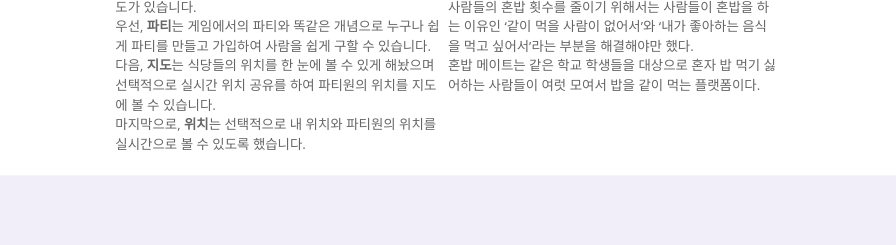
Repository: SeungYn/capstonIntroPage
Page: index.html
These files come from the project's save history. The page is drawn as it stood at one moment and after the next save; the edit follows.
The browser window is 1280 px wide. The pictures show the part of the page from y = 999 to 2919 px (the page is 1349 px tall before and 3006 px after), at 70% of full size.

Above is the page before, as saved 2022-11-10 03:38:49.

After the next save:
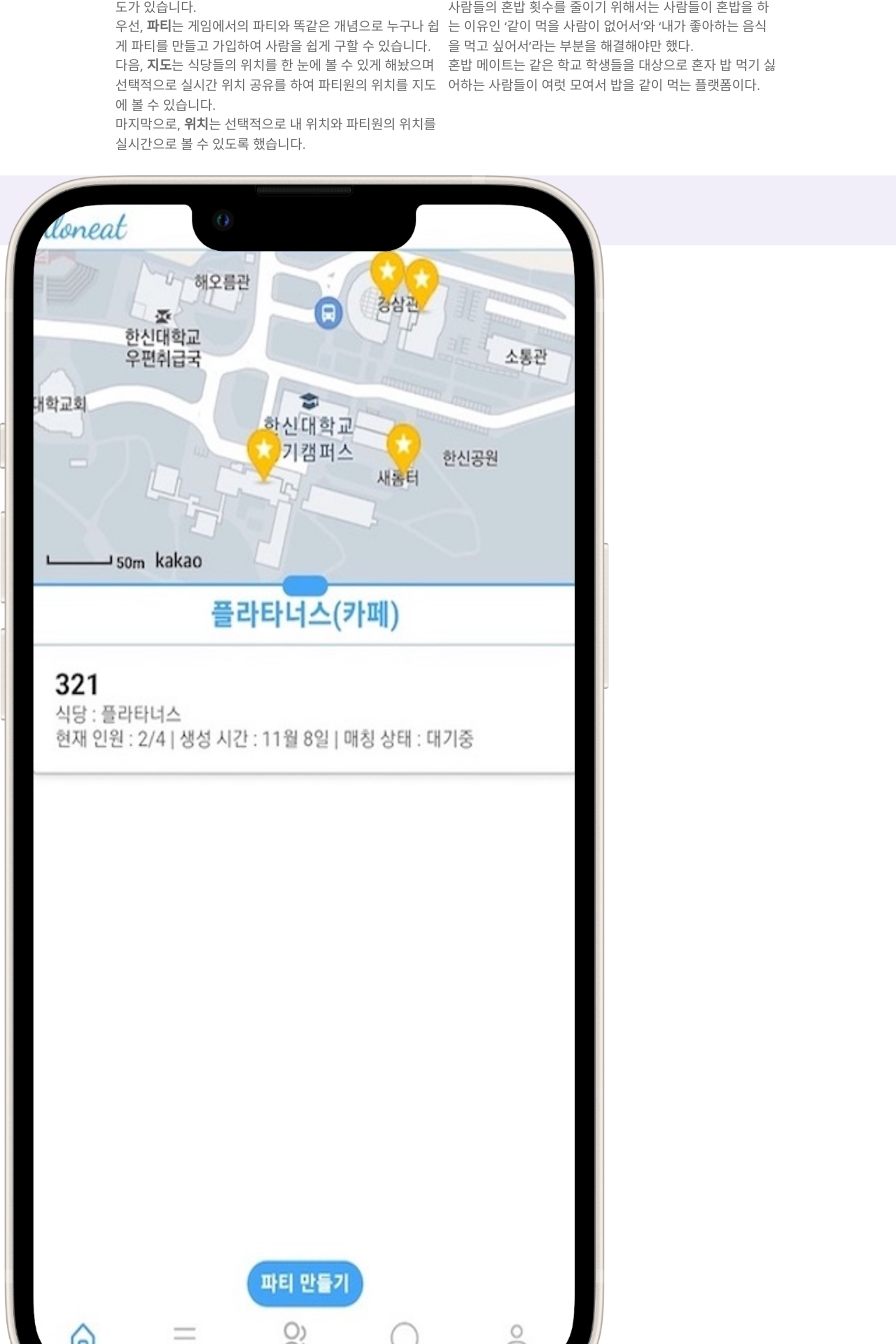
Saved 29 s later.
--- a/index.html
+++ b/index.html
@@ -55,7 +55,7 @@
     </section>
 		<!-- map -->
 		<section class="map">
-
+			<img src="img/homeWhite.png" alt="메인 화면" />
 		</section>
   </body>
 </html>
